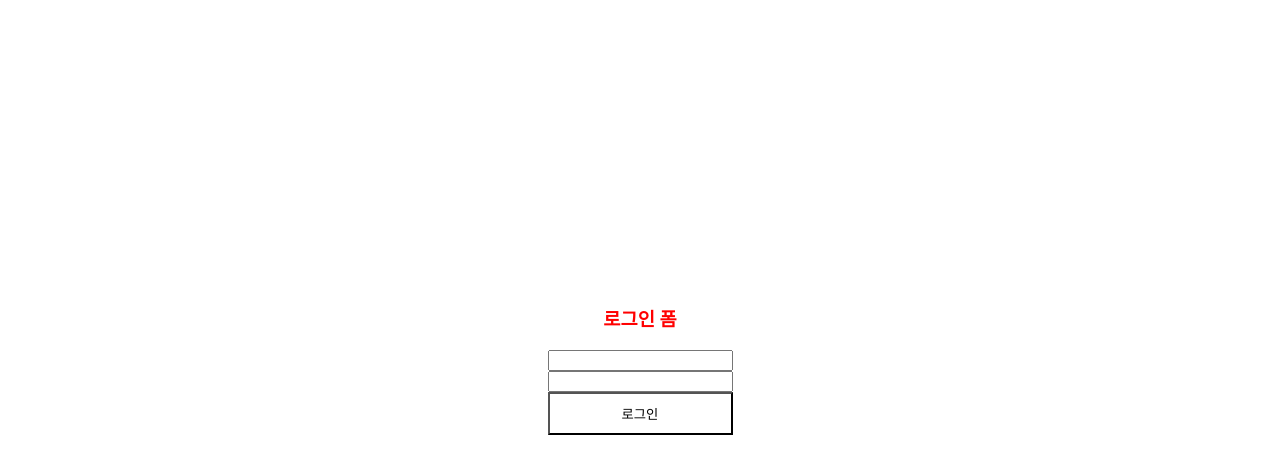
Repository: sun2898/JSP
Page: http://localhost/JSPBasic/response/res_ex02.jsp
The author's editor kept a copy of each file at every save. The page is drawn from the files as they stood at one save, then again after the next save.
The browser window is 1280 px wide. The pictures show the whole page.
The page is served by Tomcat 9. Nobody is signed in. The application's start-up code is not run. Other server files are loaded and not shown.

Above is the page before, as saved 2023-06-02 06:46:21.

### JSPBasic/src/main/webapp/response/res_ex02.jsp
<%@ page language="java" contentType="text/html; charset=UTF-8"
    pageEncoding="UTF-8"%>
<!DOCTYPE html>
<html>
<head>
<meta charset="UTF-8">
<title>Insert title here</title>
<style type="text/css">
	/* css문법 */
	body {
		padding: 0;
		margin: 0;
	}


	.wrap {
		display: flex;
		justify-content: center;
		align-items: center;
		height: 100vh;
	}

	.btn {
		width: 100%;
		background: none;
		padding: 10px 5px;
	}

</style>

</head>
<body>
	<!--
	디자인
	인라인스타일시트 style속성을 사용해서 태그에 디자인을 주는방법
	내부스타일시트 태그에 class속성을 생성하고, head태그에서 디자인을 태그에 적용하는 방법
	-->

	<div class="wrap"> <%-- class속성은 디자인을 적용하기 위해 주로 사용함 --%>
		<form action="res_ex02_result.jsp" method = "post" class = "box">
			<h3 style="color:red; text-align: center;">로그인 폼</h3>
			<input type = "text" name = "id"><br/>
			<input type = "password" name = "pw"><br/>
			<input type = "submit" value = "로그인" class="btn">


		</form>



	</div>

</body>
</html>

After the next save:
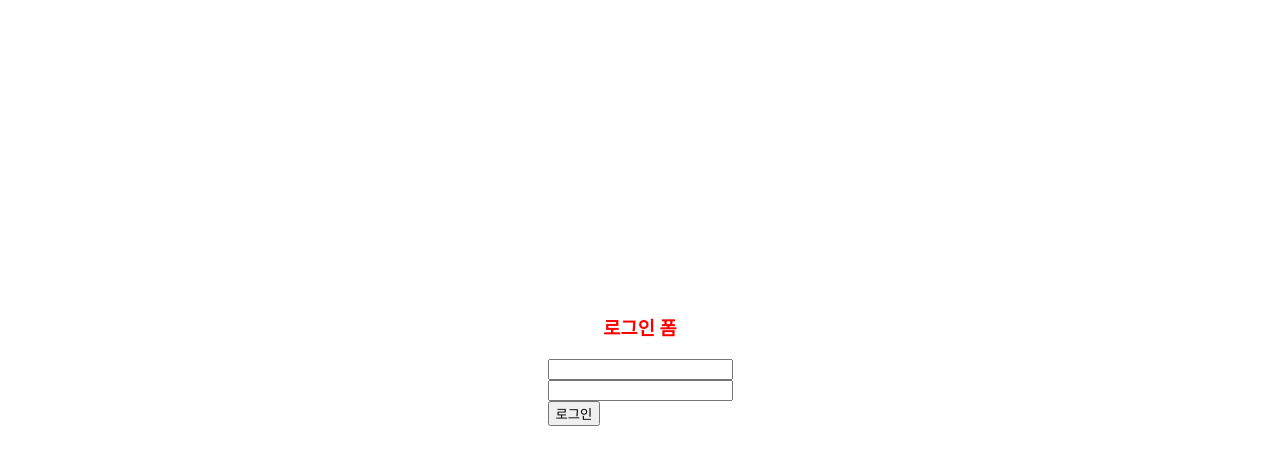
Saved 79 s later.
--- a/JSPBasic/src/main/webapp/response/res_ex02.jsp
+++ b/JSPBasic/src/main/webapp/response/res_ex02.jsp
@@ -41,7 +41,7 @@
 			<h3 style="color:red; text-align: center;">로그인 폼</h3>
 			<input type = "text" name = "id"><br/>
 			<input type = "password" name = "pw"><br/>
-			<input type = "submit" value = "로그인" class="btn">
+			<input type = "submit" value = "로그인" id="btn">
 
 
 		</form>

After the save that followed:
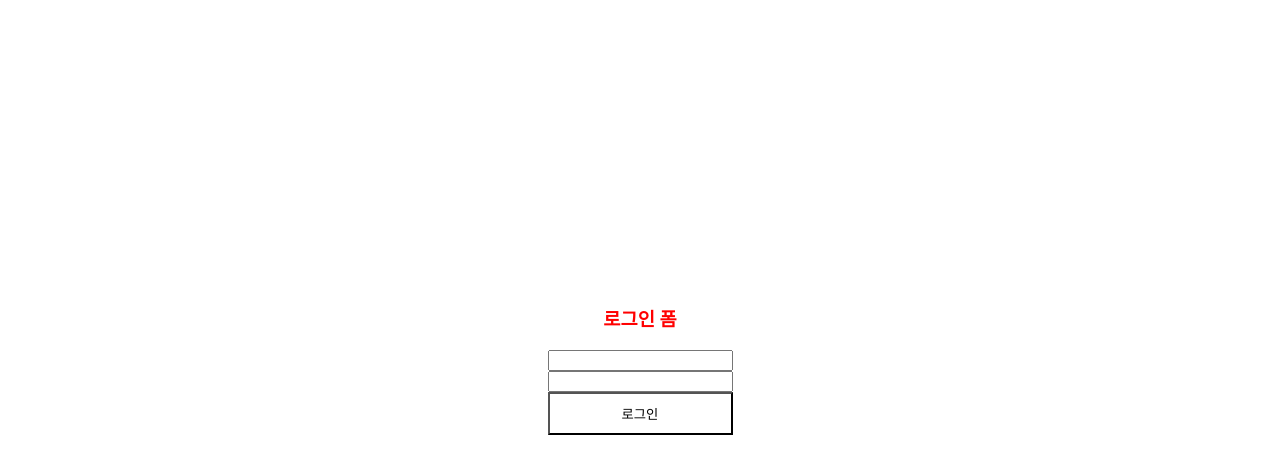
Saved 29 s later.
--- a/JSPBasic/src/main/webapp/response/res_ex02.jsp
+++ b/JSPBasic/src/main/webapp/response/res_ex02.jsp
@@ -20,7 +20,7 @@
 		height: 100vh;
 	}
 
-	.btn {
+	#btn {
 		width: 100%;
 		background: none;
 		padding: 10px 5px;
